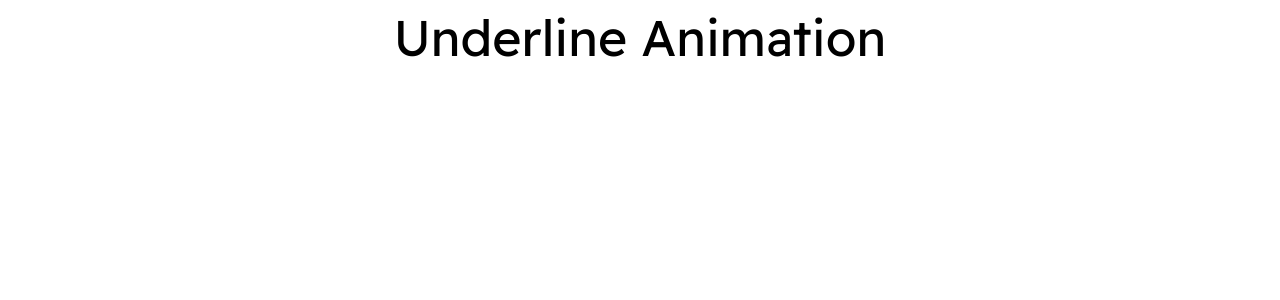
Repository: javals243/Reusable-component
Page: /
These files come from the project's save history. The page is drawn as it stood at one moment and after the next save; the edit follows.
The browser window is 1280 px wide. The pictures show the whole page.
The project was rebuilt for these pictures with package versions that can differ from the ones it lists, and the page was loaded fresh each time. The framework's server and built-in components were replaced by stand-ins that run in the browser. Also part of the build but not shown: next.config.js, components/MasonryLayout/MansonryLayout.tsx, components/ProductCard/ProductCard.tsx.

Above is the page before, as saved 2023-01-03 10:09:33.

### pages/index.tsx
import Head from 'next/head'
import Image from 'next/image'
import { Inter } from '@next/font/google'
import styles from '../styles/Home.module.css'
import { MansonryLayout, ProductCard, UnderlineAnimation } from '../components'


const inter = Inter({ subsets: ['latin'] })

export default function Home() {
  return (
    <>
    {/* <MansonryLayout/> */}
    {/* <ProductCard/> */}
    <UnderlineAnimation/>
    </>
  )
}

### styles/globals.css
@import url('https://fonts.googleapis.com/css2?family=Readex+Pro:wght@200;300;400;500;600&display=swap');
@layer base {
    body {
        font-family: 'Readex Pro', sans-serif;
    }
}

@tailwind base;
@tailwind components;
@tailwind utilities;
@layer components {
    .card {
        @apply bg-white text-gray-700 w-72 min-h-[10rem] shadow-lg rounded-md overflow-hidden
    }
    .badge {
        @apply px-3 py-1 rounded-full text-xs bg-gray-100
    }
    .product-title {
        @apply font-semibold text-2xl overflow-ellipsis overflow-hidden whitespace-nowrap
    }
    .discount-percent {
        @apply bg-green-400 px-1.5 py-0.5 rounded-md text-xs text-white
    }
    .button-primary{
      @apply bg-yellow-500/80 hover:bg-yellow-500/90 rounded-md px-6 py-2 text-white font-medium tracking-wide transition
    }
}

### components/index.ts
export * from "./MasonryLayout/MansonryLayout"
export * from "./ProductCard/ProductCard"
export * from "./UnderlineAnimation/UnderlineAnimation"

### components/UnderlineAnimation/UnderlineAnimation.tsx
import React from 'react'

function UnderlineAnimation() {
  return (
    <div className="flex justify-center items-center">
        <a href="" className='text-[50px] no-underline'>Underline Animation</a>
    </div>
  )
}

export  {UnderlineAnimation}

### tailwind.config.js
/** @type {import('tailwindcss').Config} */
module.exports = {
    content: [
        "./pages/**/*.{js,ts,jsx,tsx}",
        "./components/**/*.{js,ts,jsx,tsx}",
    ],
    theme: {
        extend: {},
    },
    plugins: [],
}

Loaded but not shown: pages/_app.tsx (common file); pages/_document.tsx (common file)

After the next save:
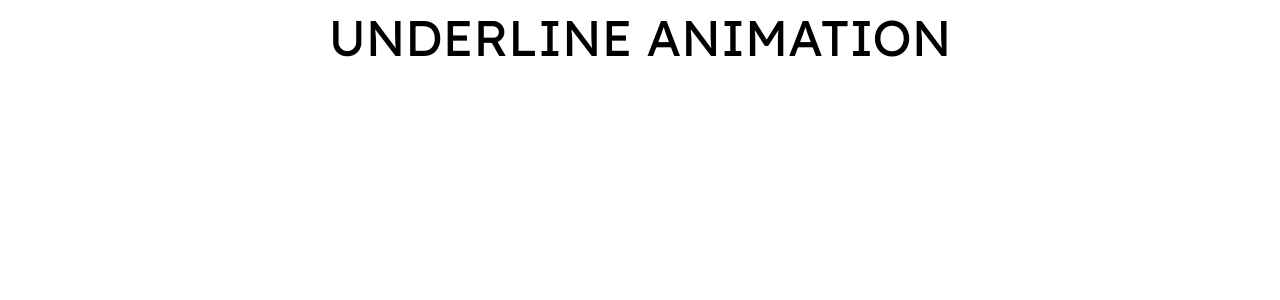
Saved 25 s later.
--- a/components/UnderlineAnimation/UnderlineAnimation.tsx
+++ b/components/UnderlineAnimation/UnderlineAnimation.tsx
@@ -3,7 +3,7 @@ import React from 'react'
 function UnderlineAnimation() {
   return (
     <div className="flex justify-center items-center">
-        <a href="" className='text-[50px] no-underline'>Underline Animation</a>
+        <a href="" className='text-[50px] no-underline relative uppercase'>Underline Animation</a>
     </div>
   )
 }
